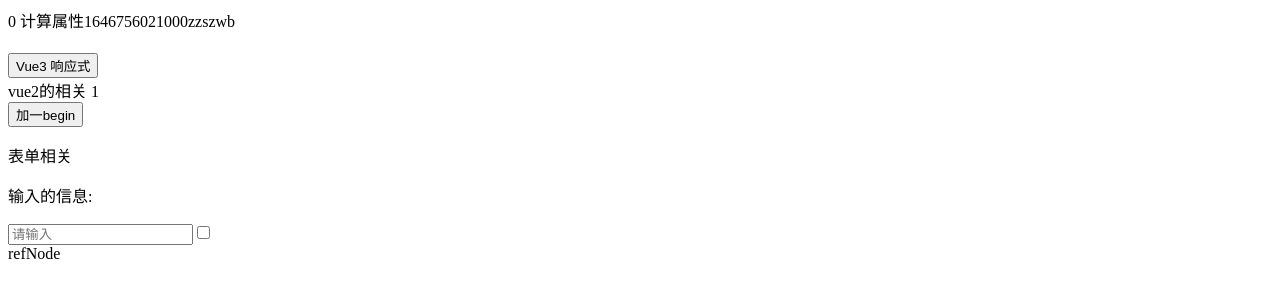
Repository: paranoia-M/vue3-Actions
Page: /
These files come from the project's save history. The page is drawn as it stood at one moment and after the next save; the edit follows.
The browser window is 1280 px wide. The pictures show the whole page.
The project was rebuilt for these pictures with package versions that can differ from the ones it lists, and the page was loaded fresh each time. Also part of the build but not shown: vite.config.js, vue.config.js.

Above is the page before, as saved 2022-03-09 13:36:30.

### src/main.js
import { createApp, h } from "vue";
import App from "./App.vue";
// import * as Vue from "vue";
// console.log(Vue);

let app = createApp(App);
app.directive("highlight", {
  beforeMount(el, binding, vnode) {
    el.style.background = binding.value;
  },
});

app.mount("#app");
console.log(app);

// 应用配置
// app.config.errorHandle = (err) => {
//   console.log(err);
// };
// 等价于
// createApp(
//   {
//     data() {
//       return {
//         data: "main的数据",
//       };
//     },
//     render: () => h(App),
//   },
//   { data: "main改变后的数据" }
// ).mount('#app');

// 等价于
// createApp(App).use(router).use(store).mount('#app')

### src/App.vue

<script setup>
import MyComponent from './components/Component.vue'
</script>

<template>
  <div>
    <my-component></my-component>
  </div>
</template>

### src/components/Component.vue
<!--
 * @Author: your name
 * @Date: 2022-03-04 15:15:21
 * @LastEditTime: 2022-03-04 15:19:45
 * @LastEditors: Please set LastEditors
 * @Description: 打开koroFileHeader查看配置 进行设置: https://github.com/OBKoro1/koro1FileHeader/wiki/%E9%85%8D%E7%BD%AE
 * @FilePath: \vue3-demo\src\components\Component.vue
-->
<template>
  <div>
    <my-pra></my-pra>
    <my-pra2></my-pra2>
    <my-pra3></my-pra3>
  </div>
</template>

<script>
import MyPra from './demo/Pra.vue'
import MyPra2 from './demo/Pra2.vue'
import MyPra3 from './demo/Pra3.vue'

export default {
  name: 'MyComponent',
  data() {
    return {
      message: 'MyComponent 子组件'
    }
  },
  components: {
    MyPra,
    MyPra2,
    MyPra3
  }
}
</script>

<style>
</style>

### src/components/demo/Pra.vue
<script>
import { reactive, ref } from '@vue/reactivity'
import MyComponent from '../Component.vue'
import { computed, nextTick, onMounted } from '@vue/runtime-core'
export default {
  setup() {
    const state = reactive({ count: 0 })
    const msg = ref('ref的数据')
    const className = ref('hello')
    const firstName = ref('zzs')
    const lastName = ref('zwb')
    const myRef = ref(null)


    onMounted(() => {
      console.log(myRef.value);
    })

    const calculateComputed = computed(() => {
      return msg.value.length > 6 ? msg.value : '计算属性'
    })
    // 这个计算属性永远不会更新，因为Date.now()并不是一个响应式
    const nowComputed = computed(() => {
      return Date.now()
    })
    // 可写计算属性
    const writableComputed = computed({
      get() {
        return firstName.value + lastName.value
      },
      set(newValue) {
        [firstName.value, lastName.value] = newValue.split(' ')
      }

    })
    const increment = () => {
      state.count++
      msg.value = 'ref的数据改变之后'
      console.log("methods里面的数据", state);
      nextTick(() => {
        console.log("nextTick里面的数据", state);
      })
      console.log(111);
    }

    return {
      state,
      className,
      msg,
      myRef,
      calculateComputed,
      nowComputed,
      writableComputed,
      increment
    }
  },
}

</script>
<template>
  <div ref="myRef" value="myRefValue"> {{state.count}} {{calculateComputed}}{{nowComputed}}{{writableComputed}} </div>
  <h1 :class="className"></h1>
  <button @click="increment">Vue3 响应式</button>
</template>

### src/components/demo/Pra2.vue
<template>
  <div>
    {{msg}}
    {{count}}
  </div>

  <button ref="test" @click='increment()'>加一{{test}}</button>
</template>

<script>
import { nextTick } from '@vue/runtime-core';
export default {
  data() {
    return {
      msg: 'vue2的相关',
      someObject: {},
      count: 1,
      test: 'begin'
    }
  },
  methods: {
    increment() {
      this.count++
      this.test = 'end';
      nextTick((e) => {
        console.log(e);
      })
    }
  },
  mounted() {
    const newObjData = {}
    this.someObject = newObjData
    console.log(this.someObject == newObjData);

  }

}
</script>

<style>
</style>

### src/components/demo/Pra3.vue
 <!--
 * @Author: your name
 * @Date: 2022-03-07 15:47:45
 * @LastEditTime: 2022-03-09 13:36:13
 * @LastEditors: Please set LastEditors
 * @Description: 打开koroFileHeader查看配置 进行设置: https://github.com/OBKoro1/koro1FileHeader/wiki/%E9%85%8D%E7%BD%AE
 * @FilePath: \vue3-demo\src\components\demo\Pra3.vue
-->

<script setup>
import { ref } from "@vue/reactivity"
import {
  onMounted, onUnmounted, onUpdated, onBeforeMount, onBeforeUpdate, onRenderTriggered, onBeforeUnmount, onErrorCaptured, onRenderTracked, onActivated, onDeactivated, onServerPrefetch
} from "@vue/runtime-core"
const message = ref('')
const refNode = ref(null)
/* 创建 */
/* 挂载 */
/* 更新 */
/* 销毁 */
/**
 *
 * 将vue2的生命周期钩子更新到vue3
 * 1. beforeCreate --> setup()
 *    vue2:用于创建所有的响应数据和事件，因此他无法访问组件的任何响应数据和事件
 * 2. created --> setup()
 *    vue2:在组件创建时访问组件的数据和事件，因为已经初始化了数据，对api的读写可以在这里进行
 * 3. beforeMount --> onBeforeMount
 *    vue2:在组件dom实际渲染安装之前调用，在这一步根元素还不存在，可以使用this.$els来访问
 *    vue3:为了访问根元素可以使用ref来绑定
 * 4. mounted --> onMounted
 * 5. beforeUpdate --> onBeforeUpdate
 * 6. updated --> onUpdate
 * 7. beforeDestroy -->  onBeforeUnmount
 * 8. destroyed -->  onUnmounted
 * 9. errorCaptured --> onErrorCaptured
 */
onBeforeMount(() => {
  console.log('生命周期onBeforeMount: 在挂载之前被调用，相关的render函数首次被调用');
  console.log(refNode.value);
})
onMounted(() => {
  console.log('生命周期onMounted：组件挂载时被调用');
})
onBeforeUpdate(() => {
  console.log('生命周期onBeforeUpdate：数据更新时调用，发生在虚拟dom打补丁之前，适合在更新之前访问现有的dom，如手动移除已经添加的事件监听器');
})
onUpdated(() => {
  console.log('生命周期onUpdated：由于数据更改导致的虚拟 DOM 重新渲染和打补丁');
})
onBeforeUnmount(() => {
  console.log('生命周期onBeforeUnmount');
})
onUnmounted(() => {
  console.log('生命周期onUnmounted：卸载组件实例之前调用');
})
onErrorCaptured(() => {
  console.log('生命周期onErrorCaptured：当捕获一个来自子孙组件的错误时被调用。此钩子会收到三个参数：错误对象、发生错误的组件实例以及一个包含错误来源信息的字符串。');
})

onActivated(() => {
  console.log('生命周期onActivated：被 keep-alive 缓存的组件激活时调用');
})
onDeactivated(() => {
  console.log('生命周期onDeactivated： 被 keep-alive 缓存的组件停用时调用');
})

onRenderTracked(() => {
  console.log('生命周期onRenderTracked');
})
onRenderTriggered(() => {
  console.log('生命周期onRenderTriggered');
})
onServerPrefetch(() => {
  console.log('生命周期onServerPrefetch');
})

</script>
<template>
  <div>
    <p>表单相关</p>
    <p>输入的信息: {{message}}</p>
    <input type="text" placeholder="请输入" v-model="message">
    <input type="checkbox" id="checkbox" v-model="message">
    <label for="checkbox">{{ message }}</label>
    <div ref="refNode">refNode</div>
  </div>
</template>
<style>
</style> */

Loaded but not shown: index.html (common file)

After the next save:
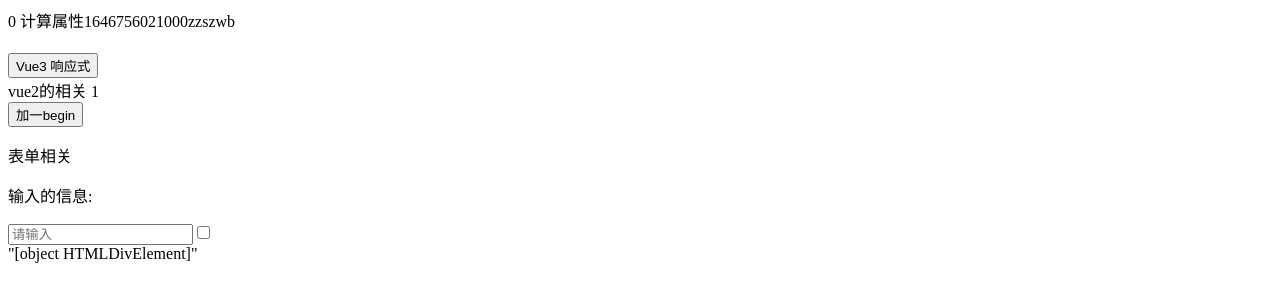
Saved 105 s later.
--- a/src/components/demo/Pra3.vue
+++ b/src/components/demo/Pra3.vue
@@ -1,7 +1,7 @@
  <!--
  * @Author: your name
  * @Date: 2022-03-07 15:47:45
- * @LastEditTime: 2022-03-09 13:36:13
+ * @LastEditTime: 2022-03-09 13:38:14
  * @LastEditors: Please set LastEditors
  * @Description: 打开koroFileHeader查看配置 进行设置: https://github.com/OBKoro1/koro1FileHeader/wiki/%E9%85%8D%E7%BD%AE
  * @FilePath: \vue3-demo\src\components\demo\Pra3.vue
@@ -83,7 +83,7 @@
     <input type="text" placeholder="请输入" v-model="message">
     <input type="checkbox" id="checkbox" v-model="message">
     <label for="checkbox">{{ message }}</label>
-    <div ref="refNode">refNode</div>
+    <div ref="refNode">{{refNode}}</div>
   </div>
 </template>
 <style>

After the save that followed:
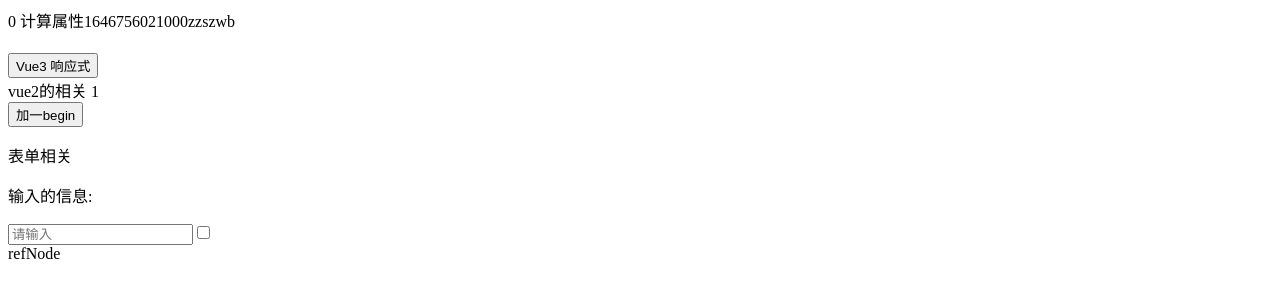
Saved 16 s later.
--- a/src/components/demo/Pra3.vue
+++ b/src/components/demo/Pra3.vue
@@ -83,7 +83,7 @@
     <input type="text" placeholder="请输入" v-model="message">
     <input type="checkbox" id="checkbox" v-model="message">
     <label for="checkbox">{{ message }}</label>
-    <div ref="refNode">{{refNode}}</div>
+    <div ref="refNode">refNode</div>
   </div>
 </template>
 <style>
